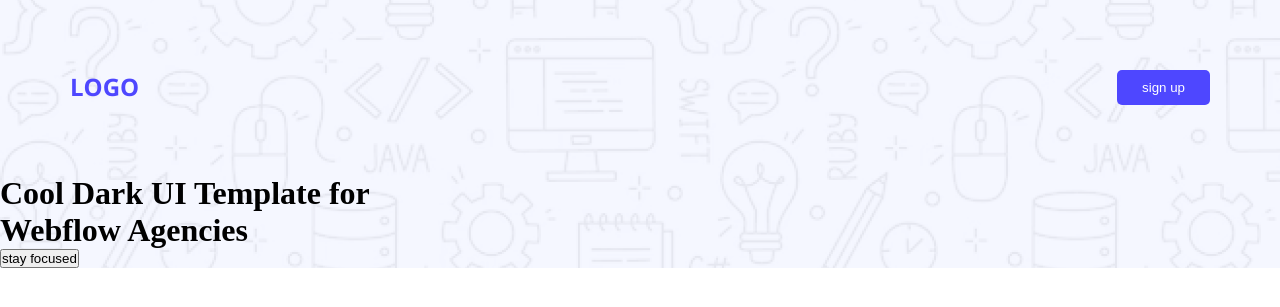
Repository: dollyrakhe22/landing-launchpad
Page: index.html
The author's editor kept a copy of each file at every save. The page is drawn from the files as they stood at one save, then again after the next save.
The browser window is 1280 px wide. The pictures show the whole page.

Above is the page before, as saved 2025-07-10 23:00:43.

After the next save:
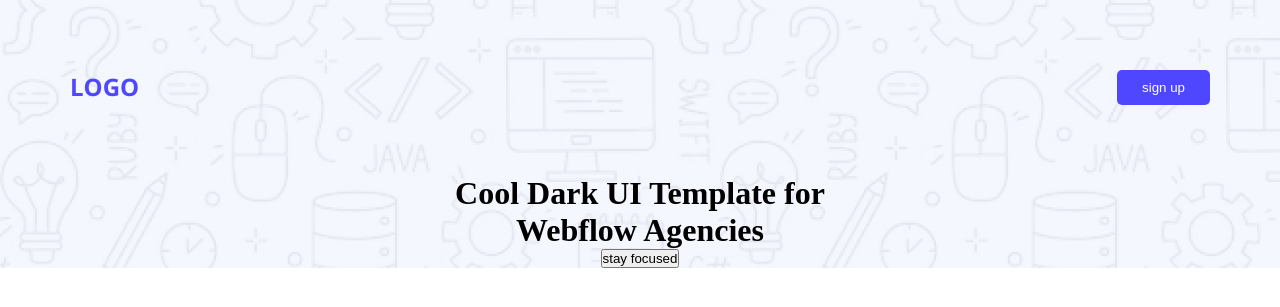
Saved 5 min 15 s later.
--- a/index.html
+++ b/index.html
@@ -16,7 +16,7 @@
          <h2 class="open-sans-normal ">LOGO</h2>
             <a href="#"><button>sign up</button></a>
         </nav>
-        <div>
+        <div class="banner-section">
              <h1> Cool Dark UI Template for <br>Webflow Agencies</h1>
             <a href=""><button>stay focused</button></a>
         </div>
--- a/style.css
+++ b/style.css
@@ -34,5 +34,7 @@
     border: none;
 
 
-
 }
+.banner-section{
+    text-align: center;
+}
